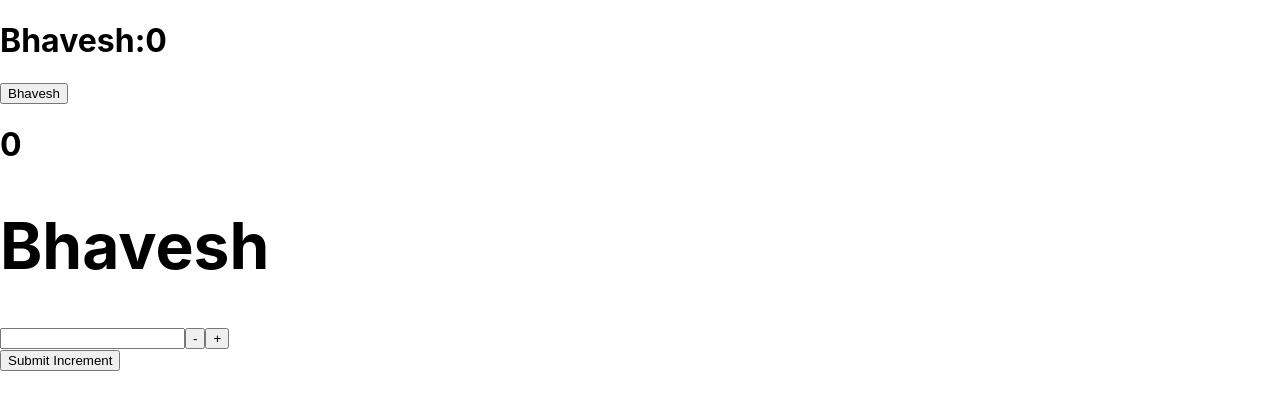
Repository: bhaveshtrades/reactpractice
Page: / (app in reactpractice/)
An editor plug-in stored every save of this project. The page is shown before and after the next save, followed by the edit.
The browser window is 1280 px wide. The pictures show the whole page.
The project was rebuilt for these pictures with package versions that can differ from the ones it lists, and the page was loaded fresh each time. Also part of the build but not shown: reactpractice/src/App.css.

Above is the page before, as saved 2022-09-06 00:55:21.

After the next save:
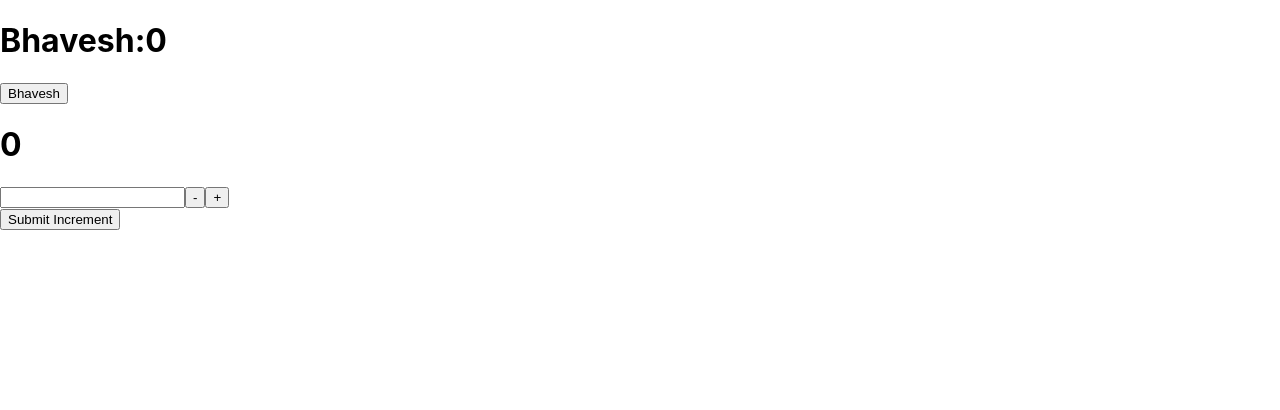
Saved 2 min 11 s later.
--- a/reactpractice/src/App.js
+++ b/reactpractice/src/App.js
@@ -3,7 +3,6 @@ import './App.css';
 import FirstButton from './components/FirstButton';
 import {increment, decrement, incrementByAmount} from './ReduxToolkit/Reducer';
 import { useState } from 'react';
-import Newcomponent from './components/Newcomponent';
 
 function App() {
 
@@ -18,7 +17,6 @@ function App() {
       <FirstButton/>
 
       <h1>{count}</h1>
-      <h1><Newcomponent/></h1>
       <input type='number' onChange={(e)=>{setIncrementAmount(e.target.value)}}/>
       <button onClick={()=>dispatch(decrement())}>-</button>
       <button onClick={()=>dispatch(increment())}>+</button>
